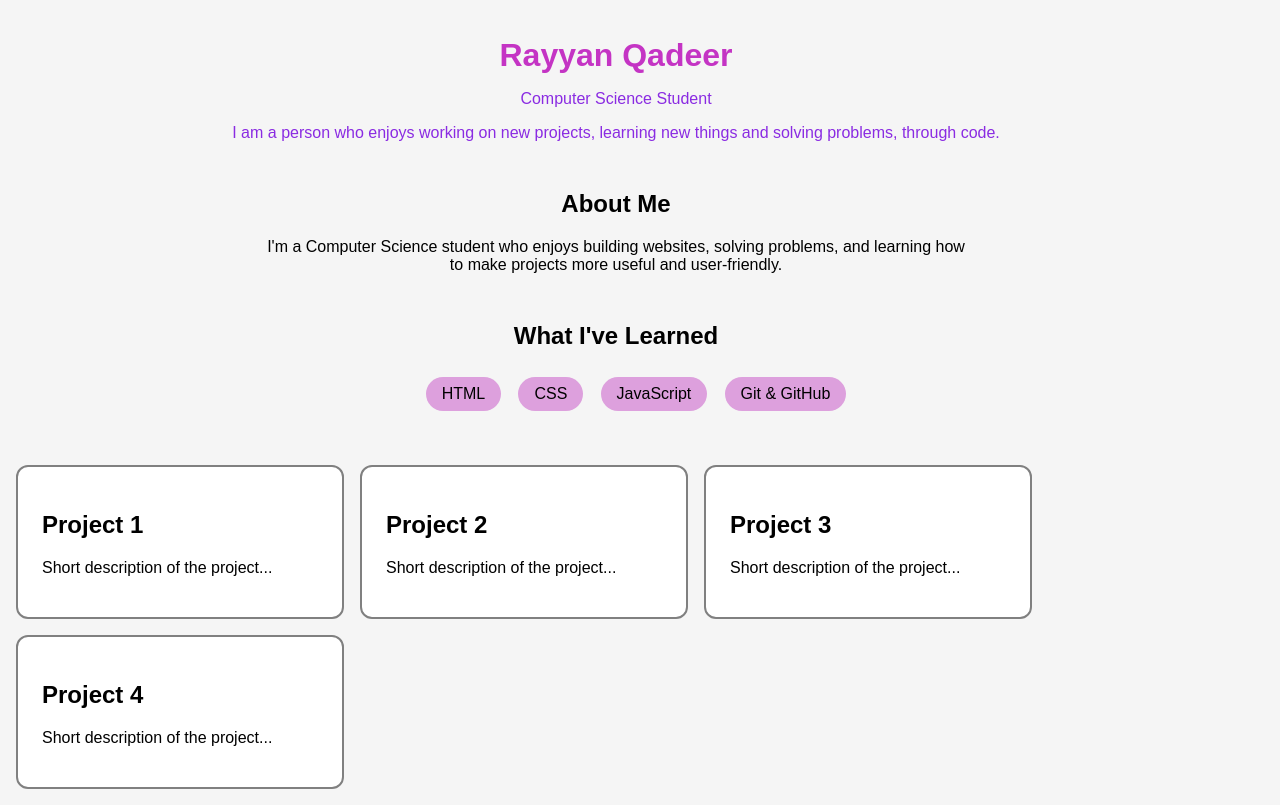
Repository: rayyan-qadeer/rayyan-qadeer
Page: index.html
An editor plug-in stored every save of this project. The page is shown before and after the next save, followed by the edit.
The browser window is 1280 px wide. The pictures show the whole page.

Above is the page before, as saved 2026-05-06 03:08:25.

### index.html
<!doctype html>
<html lang="en">
  <head>
    <meta charset="UTF-8" />
    <meta name="viewport" content="width=device-width, initial-scale=1.0" />
    <title>Rayyan Qadeer Portfolio</title>
    <link rel="stylesheet" href="./styles/globals.css" />
    <link rel="stylesheet" href="./styles/index.css" />
  </head>
  <body>
    <main>
      <header>
        <h1>Rayyan Qadeer</h1>
        <p class="subtitle">Computer Science Student</p>
        <p class="description">
          I am a person who enjoys working on new projects, learning new things and solving problems, through code.
        </p>
      </header>

      <section class ="about">
        <h2>About Me</h2>
        <p>I'm a Computer Science student who enjoys building websites, solving problems, and learning how to make projects more useful and user-friendly.
        </p>
      </section>

      <section class ="skills">
        <h2>What I've Learned</h2>
        <ul>
          <li>HTML</li>
          <li>CSS</li>
          <li>JavaScript</li>
          <li>Git & GitHub</li>
        </ul>
      </section>

      <section class="projects">
        <article class="card">
          <h2>Project 1</h2>
          <p>Short description of the project...</p>
        </article>

        <article class="card">
          <h2>Project 2</h2>
          <p>Short description of the project...</p>
        </article>

        <article class="card">
          <h2>Project 3</h2>
          <p>Short description of the project...</p>
        </article>

        <article class="card">
          <h2>Project 4</h2>
          <p>Short description of the project...</p>
        </article>
      </section>
    </main>
  </body>
</html>

### styles/globals.css
body {
    margin: 0rem;
    font-family: Arial, Helvetica, sans-serif;
    background-color: whitesmoke;
    color: black;
}

### styles/index.css
main {
  padding: 1rem;
  max-width: 1200px;
  margin: 0rem;
}

header {
  text-align: center;
  margin-bottom: 2rem;
}

header h1 {
  margin-bottom: 0.5rem;
  color: rgb(196, 52, 196);
}

.subtitle {
  color: blueviolet;
  margin-bottom: 0.5rem;
}

.description {
  color: blueviolet;
}

.about,
.skills {
  text-align: center;
  max-width: 43.75rem;
  margin: 3rem auto;
}

.skills li {
  display: inline-block;
  margin: 0.4rem;
  padding: 0.5rem 1rem;
  background-color: plum;
  border-radius: 1.25rem;
}

.projects {
  display: flex;
  flex-direction: column;
  gap: 1rem;
}

.card {
  background-color: white;
  padding: 1.5rem;
  border-radius: 12px;
  border: 2px solid gray;
}

.card:hover {
  transform: translateY(-4px);
  background-color: plum;
}

@media (min-width: 768px) {
  .projects {
    flex-direction: row;
    flex-wrap: wrap;
  }

  .card {
    width: 48%;
  }
}

@media (min-width: 1024px) {
  .card {
    width: 23%;
  }
}

After the next save:
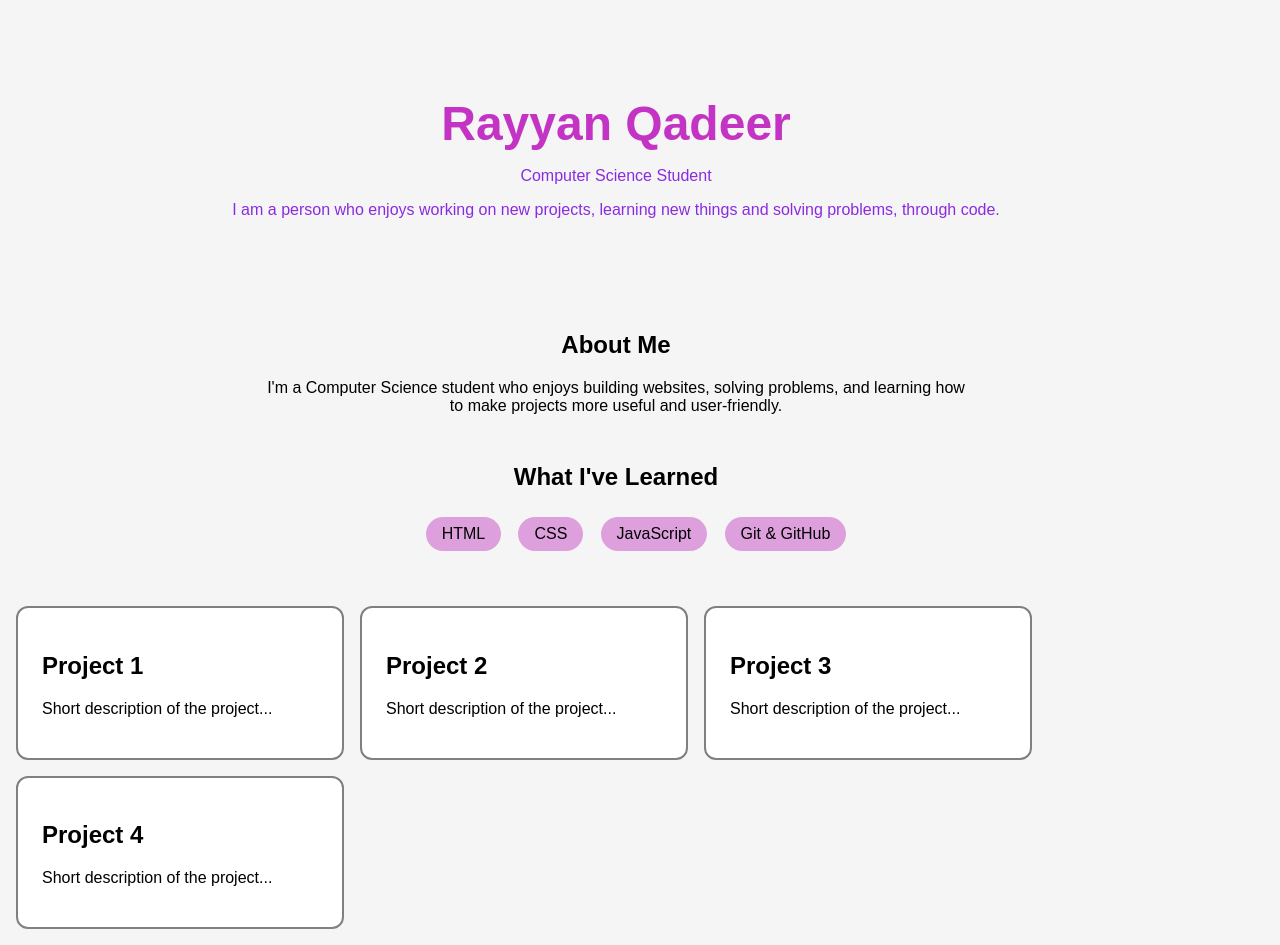
Saved 58 s later.
--- a/styles/index.css
+++ b/styles/index.css
@@ -6,10 +6,12 @@ main {
 
 header {
   text-align: center;
-  margin-bottom: 2rem;
+  margin-bottom: 3rem;
+  padding: 3rem 1rem;
 }
 
 header h1 {
+  font-size: 3rem;
   margin-bottom: 0.5rem;
   color: rgb(196, 52, 196);
 }
@@ -20,6 +22,7 @@ header h1 {
 }
 
 .description {
+  max-width: 43.75 rem;
   color: blueviolet;
 }
 
